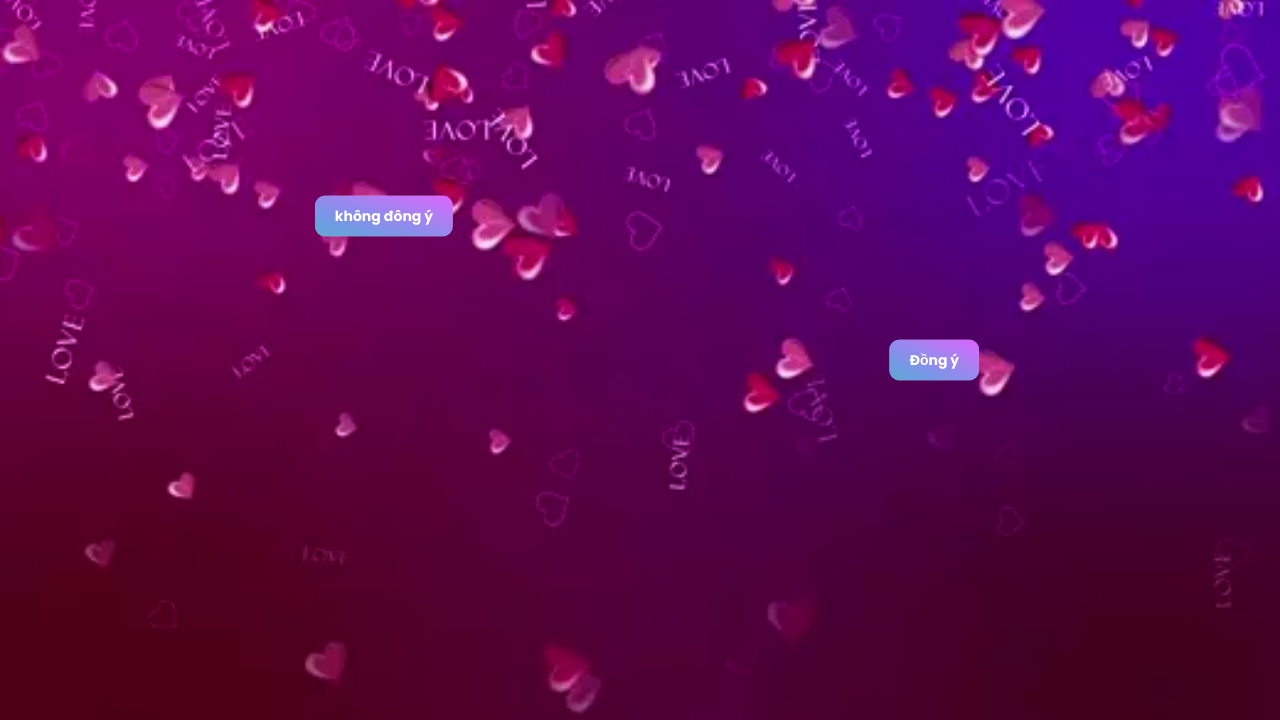
Repository: kuluong2000/love
Page: index.html
These files come from the project's save history. The page is drawn as it stood at one moment and after the next save; the edit follows.
The browser window is 1280 px wide. The pictures show the whole page.

Above is the page before, as saved 2022-06-04 22:18:24.

After the next save:
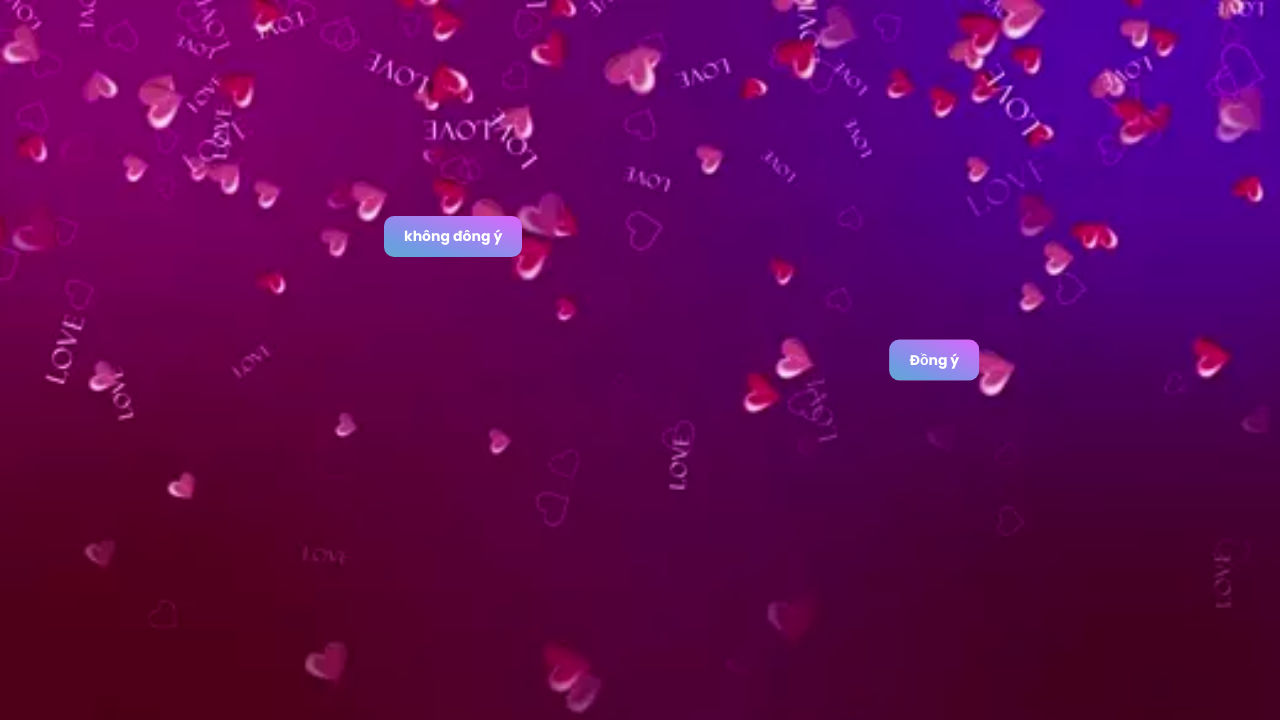
Saved 17 s later.
--- a/app.css
+++ b/app.css
@@ -56,5 +56,5 @@ body {
 .love-fail {
   top: 30%;
   left: 30%;
-  transform: translate(-50%, -50%);
+  transform: translate(0);
 }
